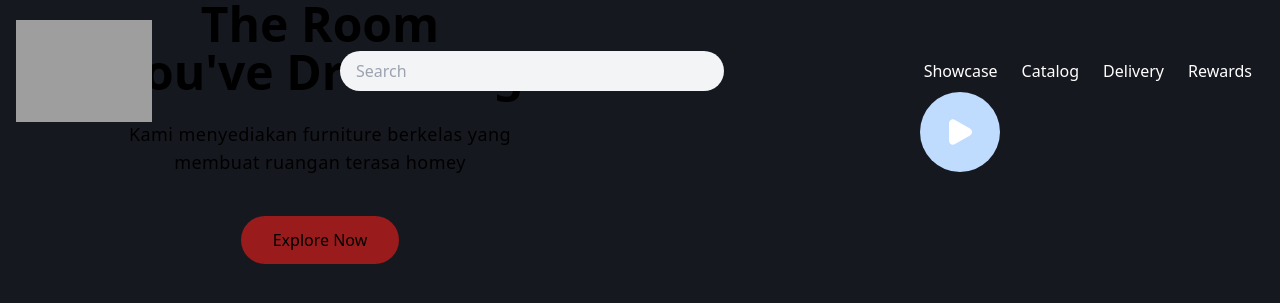
Repository: farrelmuhammad/anime-collections
Page: /
An editor plug-in stored every save of this project. The page is shown before and after the next save, followed by the edit.
The browser window is 1280 px wide. The pictures show the whole page.
Pictures or frames that could not be fetched are drawn as grey boxes. The page's requests for data from a server got no answer. The project was rebuilt for these pictures with package versions that can differ from the ones it lists, and the page was loaded fresh each time. No one was signed in, and anything a server would have sent is missing. Also part of the build but not shown: src/App.css.

Above is the page before, as saved 2023-08-03 23:47:14.

### src/index.tsx
import React from 'react';
import ReactDOM from 'react-dom/client';
import "./assets/css/app.css";
import App from './App';
import reportWebVitals from './reportWebVitals';
import { BrowserRouter } from 'react-router-dom';

const root = ReactDOM.createRoot(
  document.getElementById('root') as HTMLElement
);
root.render(
  <React.StrictMode>
    <BrowserRouter>
      <App />
    </BrowserRouter>
  </React.StrictMode>
);

// If you want to start measuring performance in your app, pass a function
// to log results (for example: reportWebVitals(console.log))
// or send to an analytics endpoint. Learn more: https://bit.ly/CRA-vitals
reportWebVitals();

### src/assets/css/app.css
@import url("https://fonts.googleapis.com/css2?family=Open+Sans:wght@300;400;600&display=swap");
@tailwind base;
@tailwind components;
@tailwind utilities;

body {
  background-color: #16181f;
}

/* utils */

.grid {
  grid-auto-flow: row dense;
  grid-auto-rows: minmax(180px, auto);
}

.stretched-link {
  @apply absolute inset-0 z-10;
}

/* card */

.card .card-shadow {
  @apply transition duration-300 shadow-none h-full;
}

.card:hover .card-shadow {
  @apply shadow-lg;
}

/* overlay */

.overlay {
  @apply absolute;
}

.overlay * {
  @apply transition-all duration-200;
}

.overlay.hoverable > * {
  @apply opacity-0;
}

.overlay.hoverable:hover > * {
  @apply opacity-100;
}

.overlay .video {
  @apply absolute transform bg-blue-200 bg-no-repeat bg-center w-20 h-20 rounded-full items-center justify-center flex -translate-x-1/2 -translate-y-1/2;
  background-image: url("../images/content/icon-play.svg#icon-play");
  top: 50%;
  left: 50%;
}

@media only screen and (max-width: 768px) {
  .hero .hero-image,
  .hero .hero-caption {
    min-height: 90vh;
  }
  .hero .hero-cta {
    @apply w-12 h-12;
    transform: translateX(-75px) translateY(-50%);
    background-size: 37.5%;
  }
}

/* breadcrumb */

ul.breadcrumb {
  @apply flex flex-row items-center text-lg;
}

ul.breadcrumb li:not(:last-child):after {
  content: "/";
  @apply px-4;
}

ul.breadcrumb li:not(:last-child) a {
  @apply font-light;
}

ul.breadcrumb li:last-child a {
  @apply font-semibold;
}

/* slider */

.slider {
  @apply flex my-4 flex-col;
}

.slider .thumbnail {
  @apply w-screen order-last -mx-2 overflow-auto flex pl-4;
}

.slider .thumbnail .item {
  @apply rounded relative rounded-lg mb-4 cursor-pointer;
  width: 106px;
  height: 106px;
}

.slider .thumbnail .item:after {
  content: "";
  @apply transition duration-200 absolute inset-0 bg-black bg-opacity-0 border-2 border-black border-opacity-0 rounded-lg;
}

.slider .thumbnail .item.selected:after {
  content: "";
  @apply bg-opacity-25 border-opacity-100;
}

.slider .preview {
  @apply mb-4 px-4;
  height: 320px;
}

@media only screen and (min-width: 768px) {
  .slider {
    @apply flex-row;
  }
  .slider .thumbnail {
    @apply w-auto order-first block overflow-visible pl-0;
  }
  .slider .preview {
    height: 600px;
    width: 560px;
  }
}

a.cart svg g circle.dot {
  @apply hidden;
}

a.cart.cart-filled svg g circle.dot {
  @apply block;
}

button[disabled] {
  @apply bg-gray-300 hover:bg-gray-300 text-gray-400 hover:text-gray-400 cursor-not-allowed;
}

section:not(.bg-gray-100) + section.sitemap > div {
  @apply border-t;
}

### src/App.tsx
import React from 'react';
import logo from './logo.svg';
import './App.css';
import { Routes, Route } from 'react-router-dom';
import Home from './pages/Home';

function App() {
  return (
    <>
      <Routes>
        <Route path="/" element={<Home />} />
      </Routes>
    </>
  );
}

export default App;

### src/pages/Home.tsx
import React from 'react'
import Header from '../parts/Header'
import Hero from '../parts/Home/Hero'

const Home = () => {
    return (
        <>
            <Header theme="white" position="absolute" />
            <Hero />
        </>
    )
}

export default Home

### src/parts/Header.tsx
import React, { useState } from 'react'
import { Link } from "react-router-dom";

interface HeaderProps {
    theme: string; // Change the type to the appropriate one based on your usage
    position: string; // Change the type to the appropriate one based on your usage
}

const Header: React.FC<HeaderProps> = ({ theme, position }) => {
    const [toggleMainMenu, setToggleMainMenu] = useState<boolean>(false);
    return (
        <>
            <header className={[position, "w-full z-40 px-4"].join(" ")}>
                <div className="container mx-auto py-5">
                    <div className="flex flex-stretch items-center">
                        <div className="w-56 items-center flex">
                            <Link to="/">
                                <img
                                    // src={Logo}
                                    src="https://tv.idlixprime.com/wp-content/uploads/2020/07/logov4.png"
                                    alt="IDLIX"
                                />
                            </Link>
                        </div>
                        <div className="w-full flex items-center justify-center">
                            <input
                                type="text"
                                placeholder="Search"
                                className="w-full md:w-96 py-2 px-4 rounded-full bg-gray-100 focus:outline-none"
                            />
                        </div>
                        <div className="w-auto">
                            <ul
                                className={["fixed bg-white inset-0 flex flex-col items-center justify-center opacity-0 md:visible md:flex-row md:bg-transparent md:relative md:opacity-100 md:flex md:items-center", toggleMainMenu ? "opacity-100 z-30 visible" : "invisible opacity-0"].join(" ")}
                                id="menu"
                            >
                                <li className="mx-3 py-6 md:py-0">
                                    <Link
                                        to="/showcase"
                                        className={[
                                            "hover:underline",
                                            theme === "white"
                                                ? "text-black md:text-white"
                                                : "text-black md:text-black ",
                                        ].join(" ")}
                                    >
                                        Showcase
                                    </Link>
                                </li>
                                <li className="mx-3 py-6 md:py-0">
                                    <Link
                                        to="/catalog"
                                        className={[
                                            "hover:underline",
                                            theme === "white"
                                                ? "text-black md:text-white"
                                                : "text-black md:text-black ",
                                        ].join(" ")}
                                    >
                                        Catalog
                                    </Link>
                                </li>
                                <li className="mx-3 py-6 md:py-0">
                                    <Link
                                        to="/delivery"
                                        className={[
                                            "hover:underline",
                                            theme === "white"
                                                ? "text-black md:text-white"
                                                : "text-black md:text-black ",
                                        ].join(" ")}
                                    >
                                        Delivery
                                    </Link>
                                </li>
                                <li className="mx-3 py-6 md:py-0">
                                    <Link
                                        to="/rewards"
                                        className={[
                                            "hover:underline",
                                            theme === "white"
                                                ? "text-black md:text-white"
                                                : "text-black md:text-black ",
                                        ].join(" ")}
                                    >
                                        Rewards
                                    </Link>
                                </li>
                            </ul>
                        </div>
                        <div className="w-auto">
                            <ul className="items-center flex">
                                <li className="ml-6 block md:hidden">
                                    <button
                                        className={["flex z-50 items-center justify-center w-8 h-8 text-black md:text-white focus:outline-none",
                                            toggleMainMenu ? "fixed top-0 right-0" : "relative",
                                            theme === "white"
                                                ? "text-black md:text-white"
                                                : "text-black md:text-black "].join(" ")}
                                        onClick={() => setToggleMainMenu(prev => !prev)}
                                    >
                                        <svg
                                            className="fill-current"
                                            width="18"
                                            height="17"
                                            viewBox="0 0 18 17"
                                        >
                                            <path d="M15.9773 0.461304H1.04219C0.466585 0.461304 0 0.790267 0 1.19609C0 1.60192 0.466668 1.93088 1.04219 1.93088H15.9773C16.5529 1.93088 17.0195 1.60192 17.0195 1.19609C17.0195 0.790208 16.5529 0.461304 15.9773 0.461304Z" />
                                            <path d="M15.9773 7.68802H1.04219C0.466585 7.68802 0 8.01698 0 8.42281C0 8.82864 0.466668 9.1576 1.04219 9.1576H15.9773C16.5529 9.1576 17.0195 8.82864 17.0195 8.42281C17.0195 8.01692 16.5529 7.68802 15.9773 7.68802Z" />
                                            <path d="M15.9773 14.9147H1.04219C0.466585 14.9147 0 15.2437 0 15.6495C0 16.0553 0.466668 16.3843 1.04219 16.3843H15.9773C16.5529 16.3843 17.0195 16.0553 17.0195 15.6495C17.0195 15.2436 16.5529 14.9147 15.9773 14.9147Z" />
                                        </svg>
                                    </button>
                                </li>
                                {/* <li className="ml-6">
                                    <Link
                                        className={["cart flex items-center justify-center w-8 h-8", theme === "white" ? "text-black md:text-white" : "text-white md:text-black", state.cart && Object.keys(state.cart).length > 0 ? "cart-filled" : "", isCartChanged ? "animate-bounce" : ""
                                        ].join(" ")}
                                        to="/cart"
                                    >
                                        <IconCart />
                                    </Link>
                                </li> */}
                            </ul>
                        </div>
                    </div>
                </div>
            </header>
        </>
    )
}

export default Header

### src/parts/Home/Hero.tsx
import React, { useState, useEffect } from "react";
import axios from "axios";

const Hero: React.FC = () => {
    const [randomImage, setRandomImage] = useState<string | null>(null);

    useEffect(() => {
        fetchRandomAnimeImage();
    }, []);

    const fetchRandomAnimeImage = async () => {
        try {
            const response = await axios.get("https://picsum.photos/800/600");
            console.log(response.request.responseURL);
            setRandomImage(response.request.responseURL);
        } catch (error) {
            console.error("Error fetching random image:", error);
        }
    };

    return (
        <section className="flex items-center hero">
            <div className="w-full absolute z-20 inset-0 md:relative md:w-1/2 text-center flex flex-col justify-center hero-caption">
                <h1 className="text-3xl md:text-5xl leading-tight font-semibold">
                    The Room <br className="" />
                    You've Dreaming
                </h1>
                <h2 className="px-8 text-base md:px-0 md:text-lg my-6 tracking-wide">
                    Kami menyediakan furniture berkelas yang
                    <br className="hidden lg:block" />
                    membuat ruangan terasa homey
                </h2>
                <div>
                    <a
                        href="#browse-the-room"
                        className="bg-red-800 text-black hover:bg-black hover:text-pink-400 rounded-full px-8 py-3 mt-4 inline-block flex-none transition duration-200"
                    >
                        Explore Now
                    </a>
                </div>
            </div>
            <div className="w-full inset-0 md:relative md:w-1/2">
                <div className="relative hero-image">
                    <div className="overlay inset-0 bg-black opacity-35 z-10"></div>
                    <div className="overlay right-0 bottom-0 md:inset-0">
                        <button
                            className="video hero-cta focus:outline-none z-30 modal-trigger"
                            data-content='<div class="w-screen pb-56 md:w-88 md:pb-56 relative z-50">
              <div class="absolute w-full h-full">
                <iframe
                  width="100%"
                  height="100%"
                  src="https://www.youtube.com/embed/3h0_v1cdUIA"
                  frameborder="0"
                  allow="accelerometer; autoplay; clipboard-write; encrypted-media; gyroscope; picture-in-picture"
                  allowfullscreen
                ></iframe>
              </div>
            </div>'
                        ></button>
                    </div>
                    {randomImage && ( // Add this condition to render the image only when randomImage is not null
                        <img
                            src={randomImage}
                            alt="hero 1"
                            className="absolute inset-0 md:relative w-full h-full object-cover object-center"
                        />
                    )}
                </div>
            </div>
        </section>
    );
};

export default Hero;

Loaded but not shown: public/index.html (common file); src/reportWebVitals.ts (common file); tailwind.config.js (common file)

After the next save:
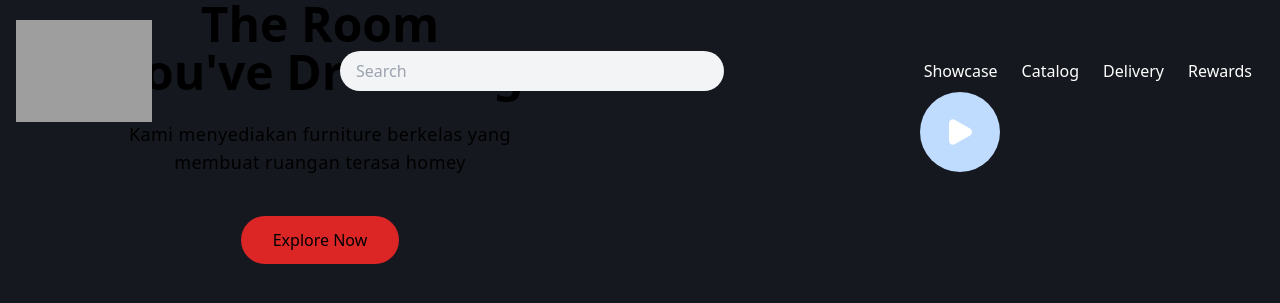
Saved 5 s later.
--- a/src/parts/Home/Hero.tsx
+++ b/src/parts/Home/Hero.tsx
@@ -33,7 +33,7 @@
                 <div>
                     <a
                         href="#browse-the-room"
-                        className="bg-red-800 text-black hover:bg-black hover:text-pink-400 rounded-full px-8 py-3 mt-4 inline-block flex-none transition duration-200"
+                        className="bg-red-600 text-black hover:bg-black hover:text-pink-400 rounded-full px-8 py-3 mt-4 inline-block flex-none transition duration-200"
                     >
                         Explore Now
                     </a>
